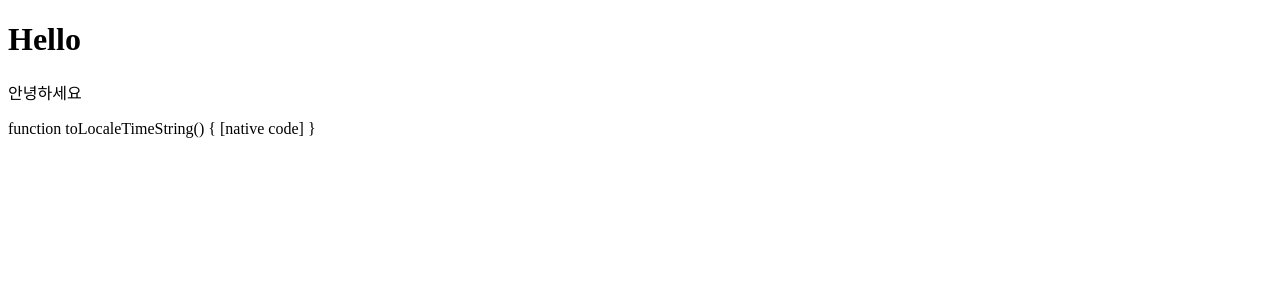
Repository: sujin9335/sever
Page: ServletTest/src/main/webapp/Hello.html
An editor plug-in stored every save of this project. The page is shown before and after the next save, followed by the edit.
The browser window is 1280 px wide. The pictures show the whole page.

Above is the page before, as saved 2023-10-17 00:42:27.

### ServletTest/src/main/webapp/Hello.html
<!DOCTYPE html>
<html>
<head>
<meta charset="UTF-8">
<title>Insert title here</title>
</head>
<body>
	<h1>Hello</h1>
	<p>안녕하세요</p>
	<p id="time"></p>

	<script>
		document.getElementById("time").innerText
			= (new Date()).toLocaleTimeString;

	</script>

</body>
</html>

After the next save:
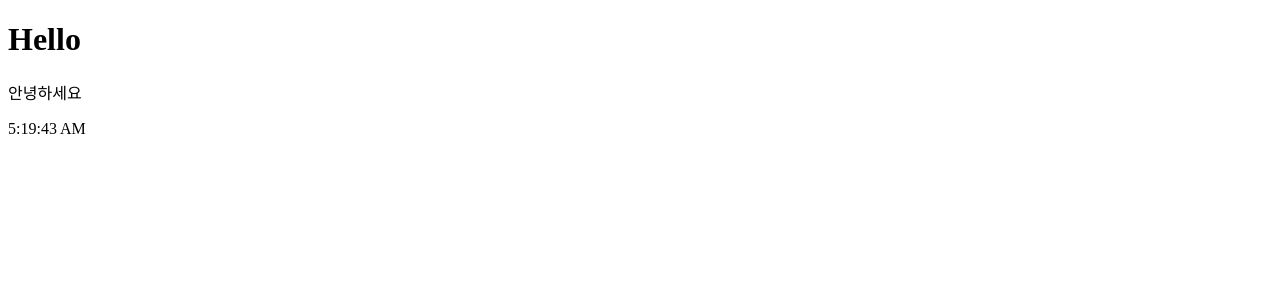
Saved 10 min 55 s later.
--- a/ServletTest/src/main/webapp/Hello.html
+++ b/ServletTest/src/main/webapp/Hello.html
@@ -10,8 +10,7 @@
 	<p id="time"></p>
 
 	<script>
-		document.getElementById("time").innerText
-			= (new Date()).toLocaleTimeString;
+		document.getElementById("time").innerText = (new Date()).toLocaleTimeString();
 
 	</script>
 
